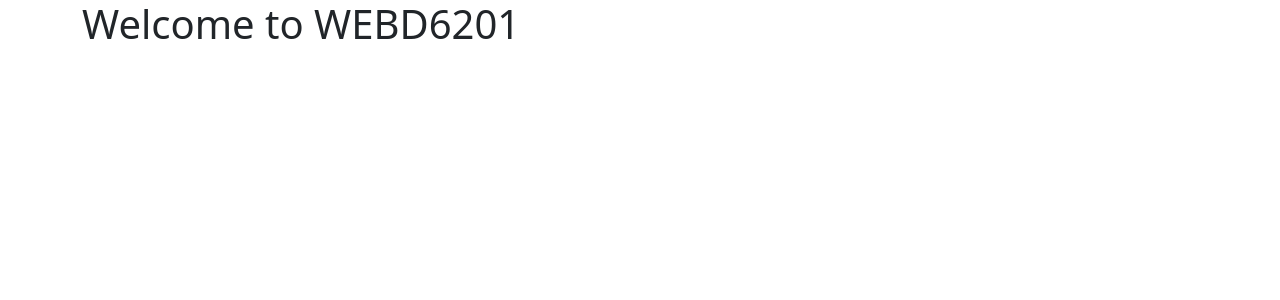
Repository: deividwsantoss/webd6201-W2021-ICE1
Page: Index.html
An editor plug-in stored every save of this project. The page is shown before and after the next save, followed by the edit.
The browser window is 1280 px wide. The pictures show the whole page.

Above is the page before, as saved 2021-02-02 10:02:09.

### Index.html
<!DOCTYPE html>
<html lang="en">
<head>
    <meta charset="UTF-8">
    <meta name="viewport" content="width=device-width, initial-scale=1.0">
    <title>WEBD6201 - W2021 - ICE 1</title>
</head>
<!-- CSS SECTION -->
<link rel="stylesheet" href="./node_modules/bootstrap/dist/css/bootstrap.min.css">
<link rel="stylesheet" href="./node_modules/@fortawesome/fontawesome-free/css/all.min.css">
<link rel="stylesheet" href="./Content/app.css">

<body>
    <main class="container">

        <h1>Welcome to WEBD6201 </h1>
    </main>

    <!-- Script Section-->
    <script src="./node_modules/jquery/dist/jquery.min.js"></script>
    <script src="./node_modules/bootstrap/dist/js/bootstrap.bundle.min.js"></script>
    <script src="./Scripts/app.js"></script>
</body>
</html>

### Scripts/app.js
/* Custom JavaScript goes here */


// IIFE -
//AKA - Anonymous self-excuting function

(function()
{


    function Start()
    {
        console.log("App Started...")

    }
    window.addEventListener("load", Start);
})();

Loaded but not shown: node_modules/bootstrap/dist/css/bootstrap.min.css (library); node_modules/@fortawesome/fontawesome-free/css/all.min.css (library); node_modules/jquery/dist/jquery.min.js (library); node_modules/bootstrap/dist/js/bootstrap.bundle.min.js (library); Content/app.css (no stored copy; drawn as an empty file)

After the next save:
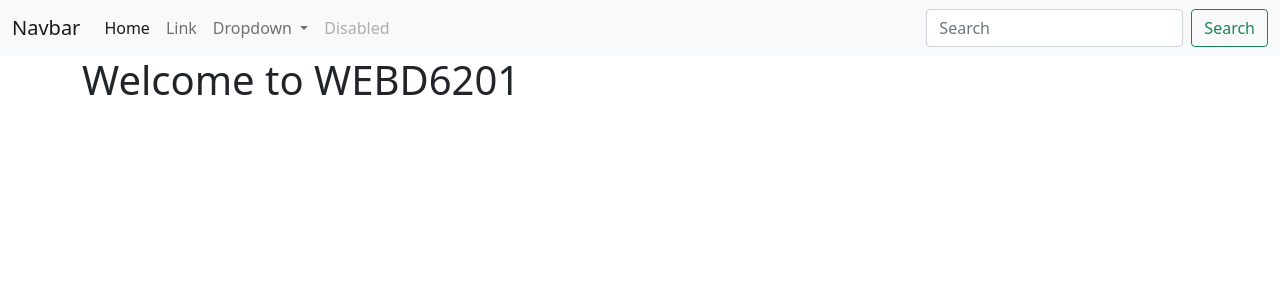
Saved 60 s later.
--- a/Index.html
+++ b/Index.html
@@ -11,11 +11,52 @@
 <link rel="stylesheet" href="./Content/app.css">
 
 <body>
+    <header>
+        <nav class="navbar navbar-expand-lg navbar-light bg-light">
+            <div class="container-fluid">
+              <a class="navbar-brand" href="#">Navbar</a>
+              <button class="navbar-toggler" type="button" data-bs-toggle="collapse" data-bs-target="#navbarSupportedContent" aria-controls="navbarSupportedContent" aria-expanded="false" aria-label="Toggle navigation">
+                <span class="navbar-toggler-icon"></span>
+              </button>
+              <div class="collapse navbar-collapse" id="navbarSupportedContent">
+                <ul class="navbar-nav me-auto mb-2 mb-lg-0">
+                  <li class="nav-item">
+                    <a class="nav-link active" aria-current="page" href="#">Home</a>
+                  </li>
+                  <li class="nav-item">
+                    <a class="nav-link" href="#">Link</a>
+                  </li>
+                  <li class="nav-item dropdown">
+                    <a class="nav-link dropdown-toggle" href="#" id="navbarDropdown" role="button" data-bs-toggle="dropdown" aria-expanded="false">
+                      Dropdown
+                    </a>
+                    <ul class="dropdown-menu" aria-labelledby="navbarDropdown">
+                      <li><a class="dropdown-item" href="#">Action</a></li>
+                      <li><a class="dropdown-item" href="#">Another action</a></li>
+                      <li><hr class="dropdown-divider"></li>
+                      <li><a class="dropdown-item" href="#">Something else here</a></li>
+                    </ul>
+                  </li>
+                  <li class="nav-item">
+                    <a class="nav-link disabled" href="#" tabindex="-1" aria-disabled="true">Disabled</a>
+                  </li>
+                </ul>
+                <form class="d-flex">
+                  <input class="form-control me-2" type="search" placeholder="Search" aria-label="Search">
+                  <button class="btn btn-outline-success" type="submit">Search</button>
+                </form>
+              </div>
+            </div>
+          </nav>
+    </header>
     <main class="container">
 
         <h1>Welcome to WEBD6201 </h1>
     </main>
 
+    <footer>
+
+    </footer>
     <!-- Script Section-->
     <script src="./node_modules/jquery/dist/jquery.min.js"></script>
     <script src="./node_modules/bootstrap/dist/js/bootstrap.bundle.min.js"></script>
